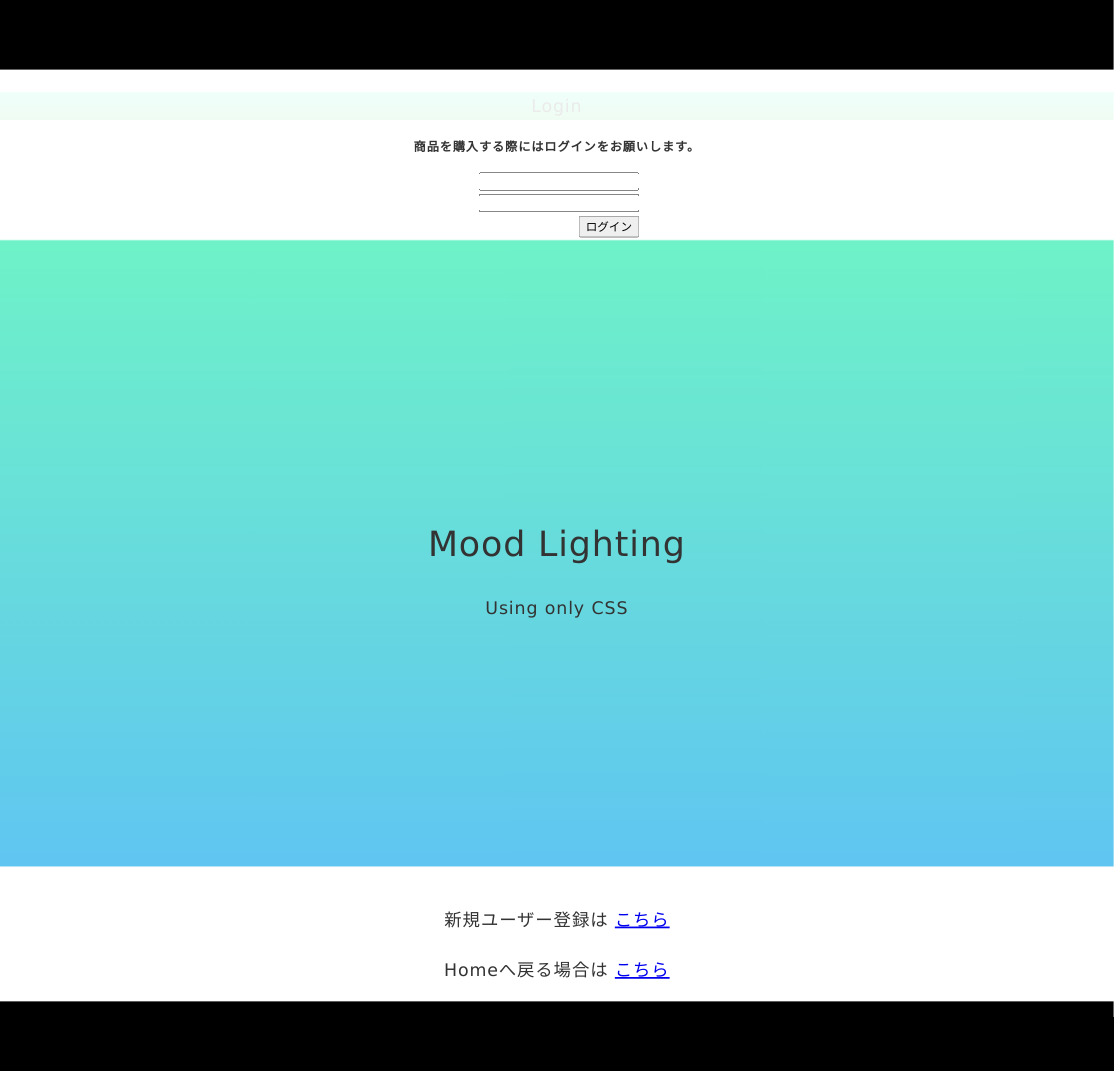
Repository: yanaiwataru/test
Page: http://localhost/ecsite/HomeAction.action
These files come from the project's save history. The page is drawn as it stood at one moment and after the next save; the edit follows.
The browser window is 1280 px wide. The pictures show the whole page, at 87% of full size.
The page is served by Tomcat 9.

Above is the page before, as saved 2018-03-12 06:27:05.

After the next save:
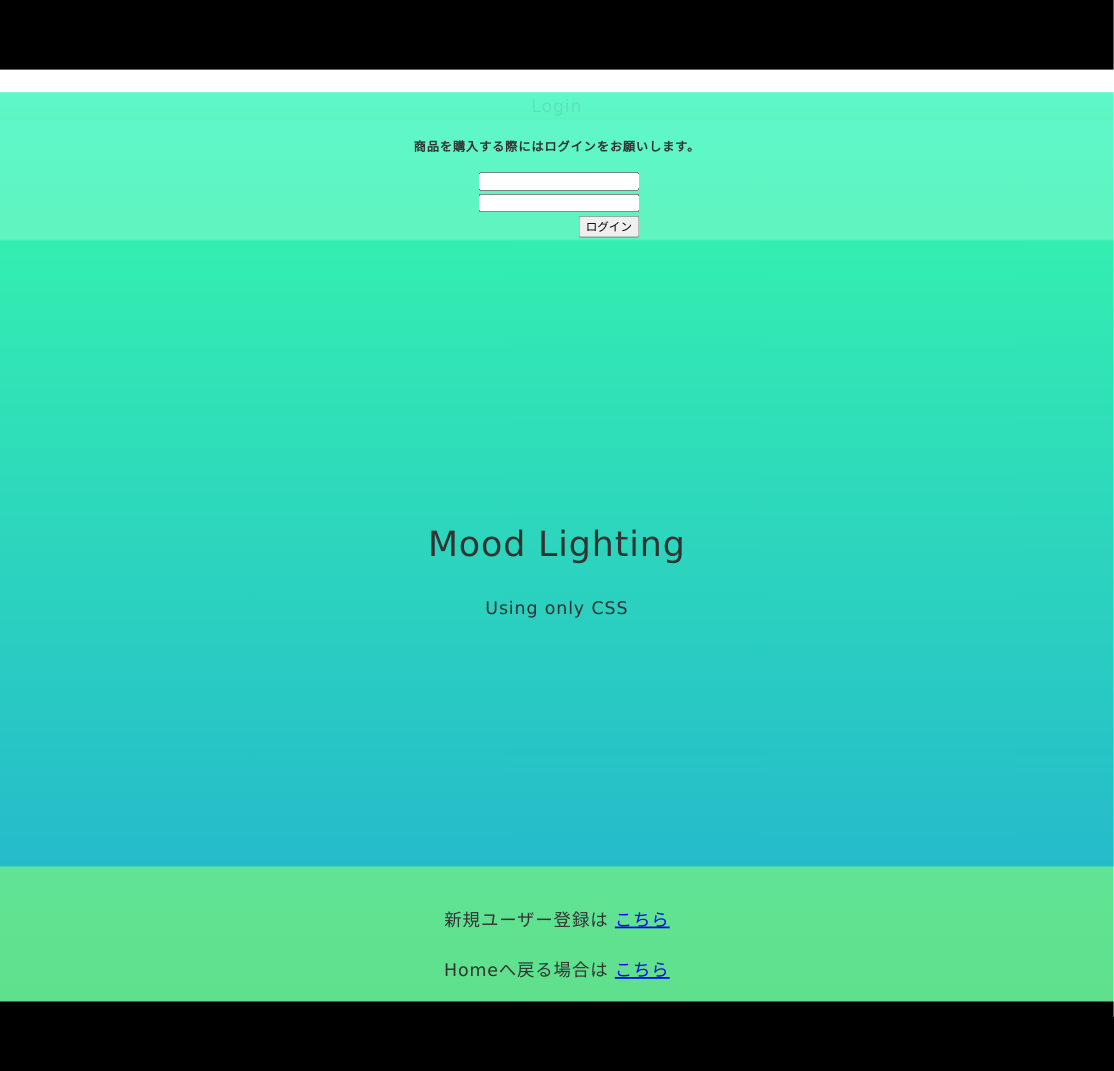
Saved 41 s later.
--- a/ecsite/WebContent/css/login.css
+++ b/ecsite/WebContent/css/login.css
@@ -32,7 +32,7 @@
       z-index: 1;
     }
 
-    main{
+    .main{
     	background: linear-gradient(#5ff8ca, #60e08c);
     }
 
